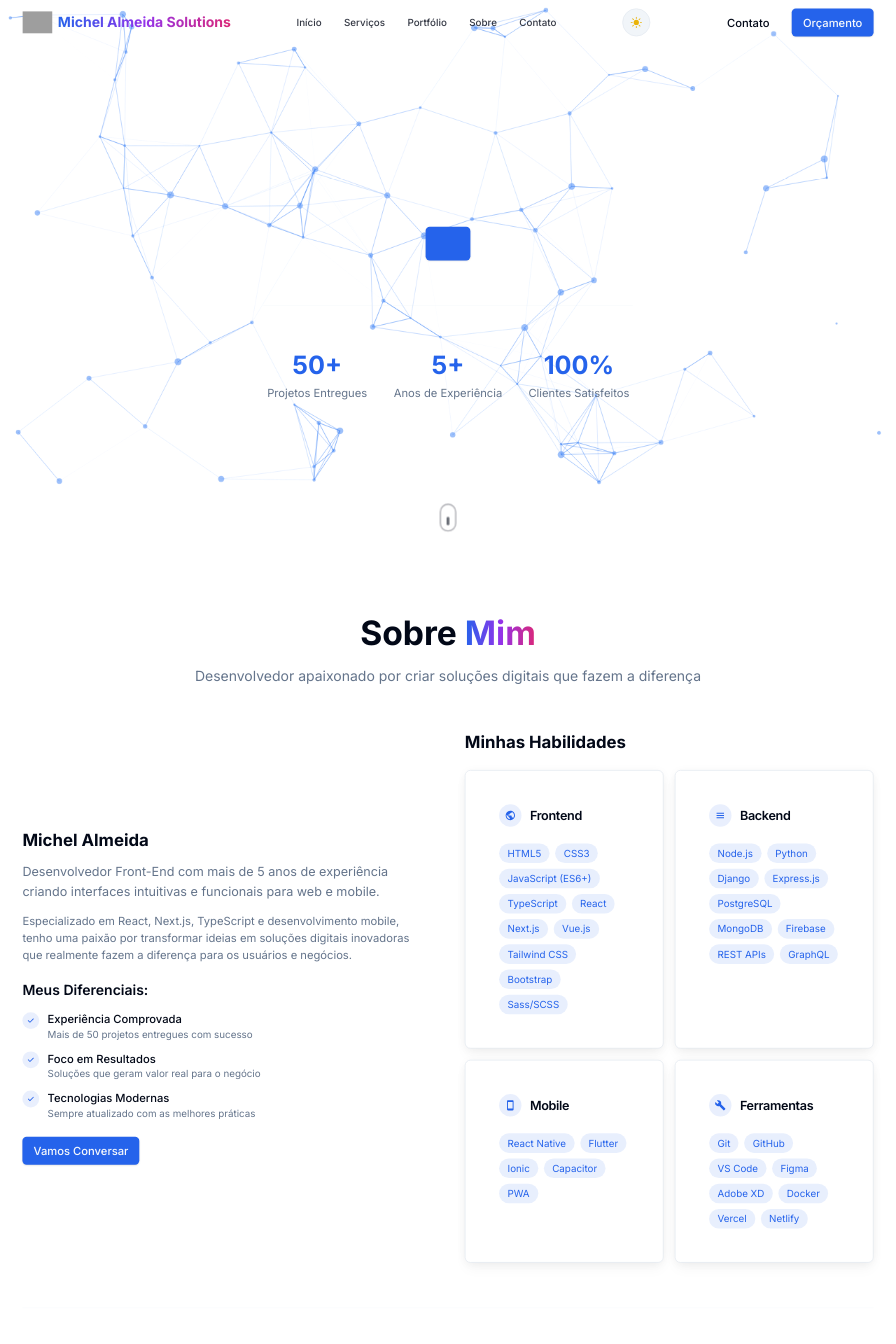
Repository: MichelAlmeida1990/Nexify-Solutions
Page: / (app in OneDrive/Área de Trabalho/Almeida - Solutions/)
These files come from the project's save history. The page is drawn as it stood at one moment and after the next save; the edit follows.
The browser window is 1280 px wide. The pictures show the part of the page from y = 0 to 1920 px (the page is 7384 px tall), at 70% of full size.
Pictures or frames that could not be fetched are drawn as grey boxes. The project was rebuilt for these pictures with package versions that can differ from the ones it lists, and the page was loaded fresh each time. The framework's server and built-in components were replaced by stand-ins that run in the browser. Also part of the build but not shown: OneDrive/Área de Trabalho/Almeida - Solutions/next.config.js, OneDrive/Área de Trabalho/Almeida - Solutions/src/components/ui/loading-spinner.tsx.

Above is the page before, as saved 2025-06-30 14:18:32.

After the next save:
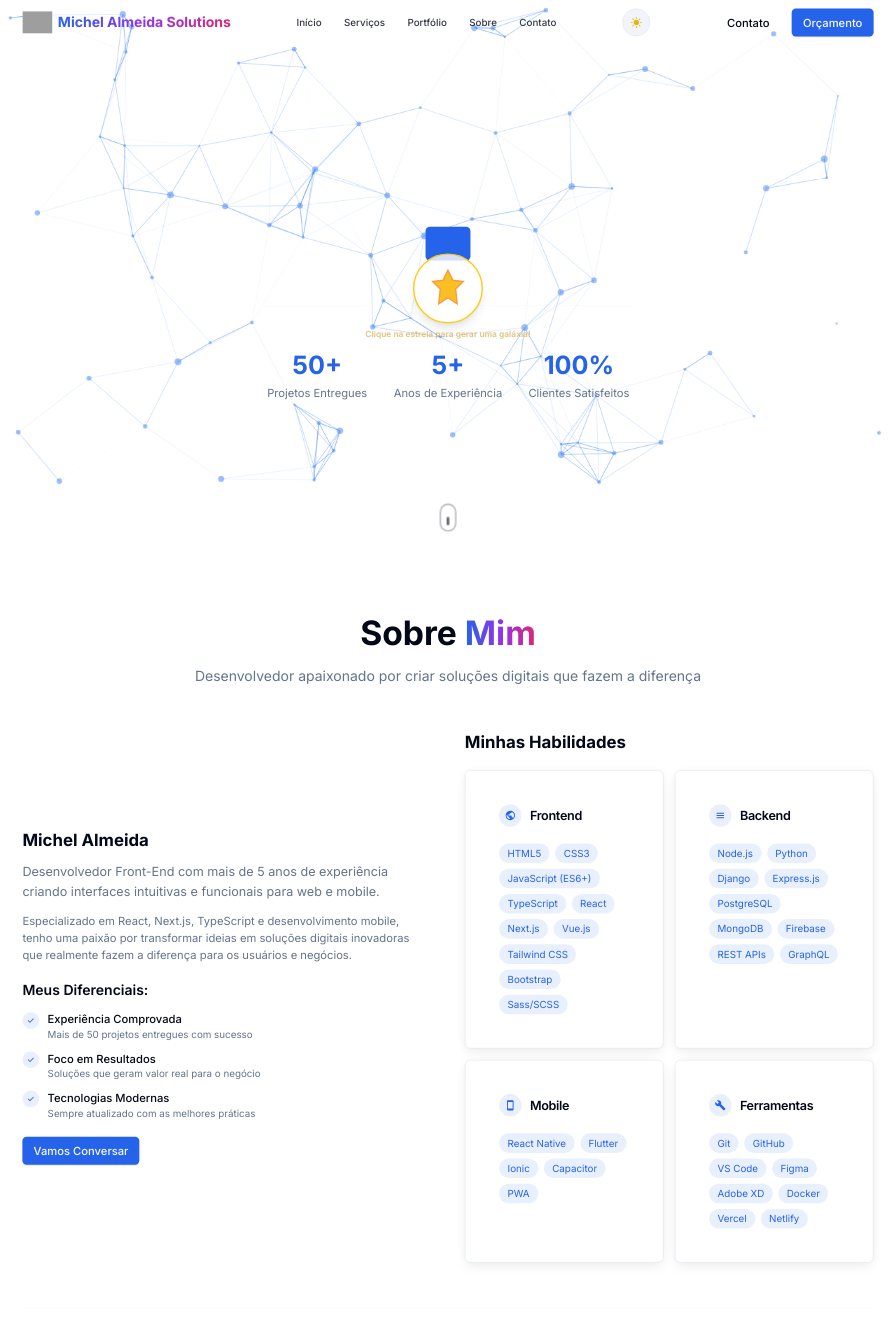
Saved 42 s later.
--- a/OneDrive/Área de Trabalho/Almeida - Solutions/src/components/sections/hero.tsx
+++ b/OneDrive/Área de Trabalho/Almeida - Solutions/src/components/sections/hero.tsx
@@ -1,6 +1,6 @@
 'use client'
 
-import React, { useCallback } from 'react'
+import React, { useCallback, useRef } from 'react'
 import { motion } from 'framer-motion'
 import { useInView } from 'react-intersection-observer'
 import { Button } from '@/components/ui/button'
@@ -25,6 +25,8 @@ const Hero: React.FC<HeroProps> = ({
     threshold: 0.1,
   })
 
+  const particlesRef = useRef<any>(null)
+
   const particlesInit = useCallback(async (engine: Engine) => {
     await loadSlim(engine)
   }, [])
@@ -33,6 +35,19 @@ const Hero: React.FC<HeroProps> = ({
     const element = document.querySelector(href)
     if (element) {
       element.scrollIntoView({ behavior: 'smooth' })
+    }
+  }
+
+  // Função para gerar partículas extras ao clicar na estrela
+  const handleStarClick = () => {
+    if (particlesRef.current) {
+      particlesRef.current.loadParticlesOptions({
+        particles: {
+          number: { value: 120 },
+          move: { speed: 2 },
+          color: { value: ['#fbbf24', '#f472b6', '#60a5fa', '#a78bfa'] },
+        },
+      })
     }
   }
 
@@ -112,8 +127,24 @@ const Hero: React.FC<HeroProps> = ({
             },
             detectRetina: true,
           }}
+          ref={particlesRef}
         />
       )}
+
+      {/* Estrela central interativa */}
+      <div className="absolute left-1/2 top-1/2 z-20 -translate-x-1/2 -translate-y-1/2 flex flex-col items-center">
+        <button
+          onClick={handleStarClick}
+          className="bg-white/80 rounded-full p-4 shadow-lg hover:scale-110 transition-transform border-2 border-yellow-400"
+          aria-label="Gerar Galáxia"
+        >
+          {/* SVG de estrela */}
+          <svg width="64" height="64" viewBox="0 0 64 64" fill="none" xmlns="http://www.w3.org/2000/svg">
+            <path d="M32 6l7.09 14.36L54 22.18l-11 10.72L45.18 54 32 45.27 18.82 54 21 32.9 10 22.18l14.91-1.82L32 6z" fill="#fbbf24" stroke="#f59e42" strokeWidth="2"/>
+          </svg>
+        </button>
+        <span className="mt-2 text-xs text-yellow-600 font-semibold animate-pulse">Clique na estrela para gerar uma galáxia!</span>
+      </div>
 
       {/* Content */}
       <div className="container-custom relative z-10">
